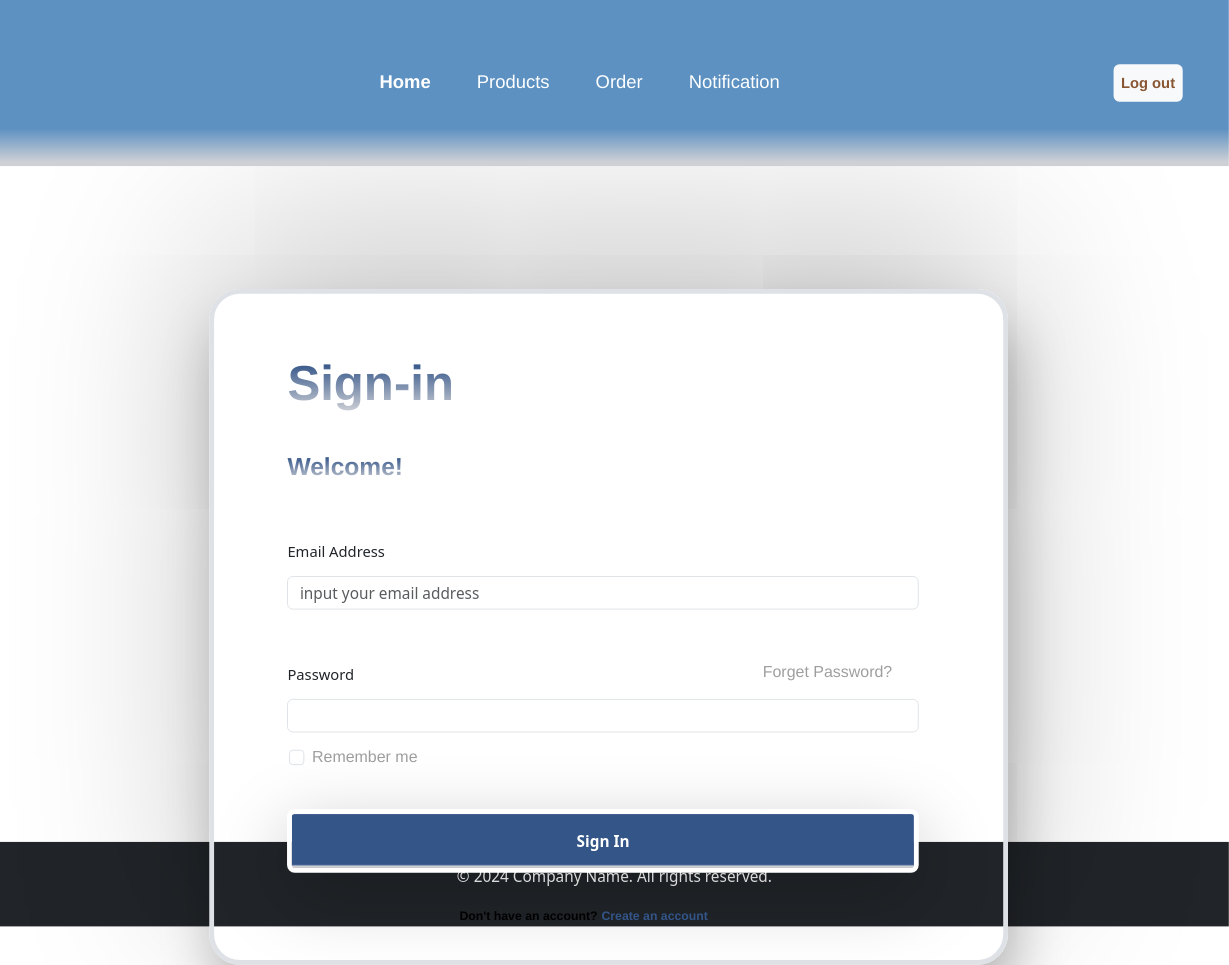
Repository: OVictor21/inventory
Page: /
These files come from the project's save history. The page is drawn as it stood at one moment and after the next save; the edit follows.
The browser window is 1280 px wide. The pictures show the whole page, at 96% of full size.
The project was rebuilt for these pictures with package versions that can differ from the ones it lists, and the page was loaded fresh each time.

Above is the page before, as saved 2024-12-14 09:53:14.

After the next save:
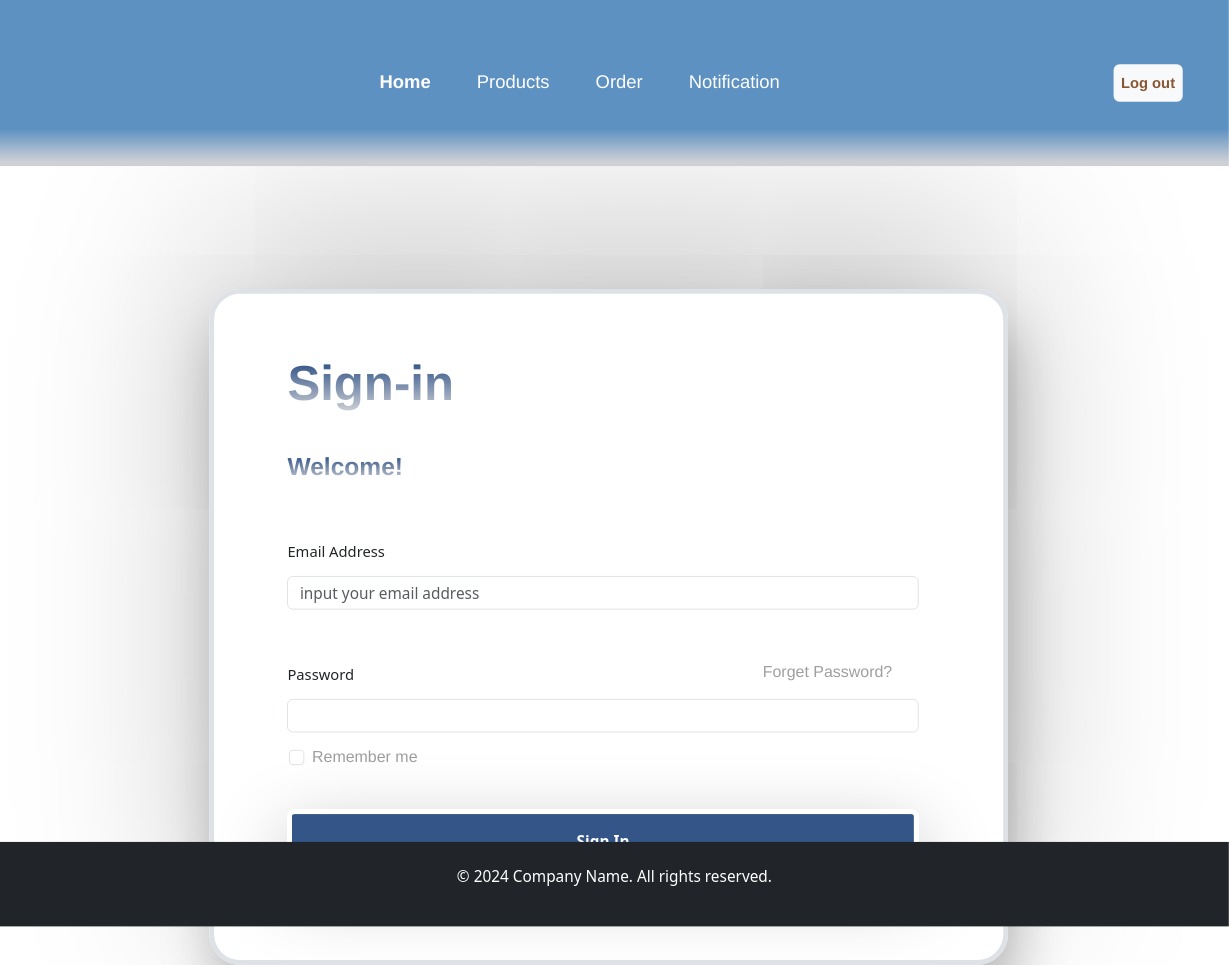
Saved 4 s later.
--- a/src/body.js
+++ b/src/body.js
@@ -32,7 +32,7 @@ const Body = () => {
 
     </form>
 
-    <footer className="bg-dark text-white py-4 mt-auto position-re">
+    <footer className="bg-dark text-white py-4 mt-auto position-relative">
       <div className="container">
           <div className="col-12 text-center">
             <p>&copy; 2024 Company Name. All rights reserved.</p>
